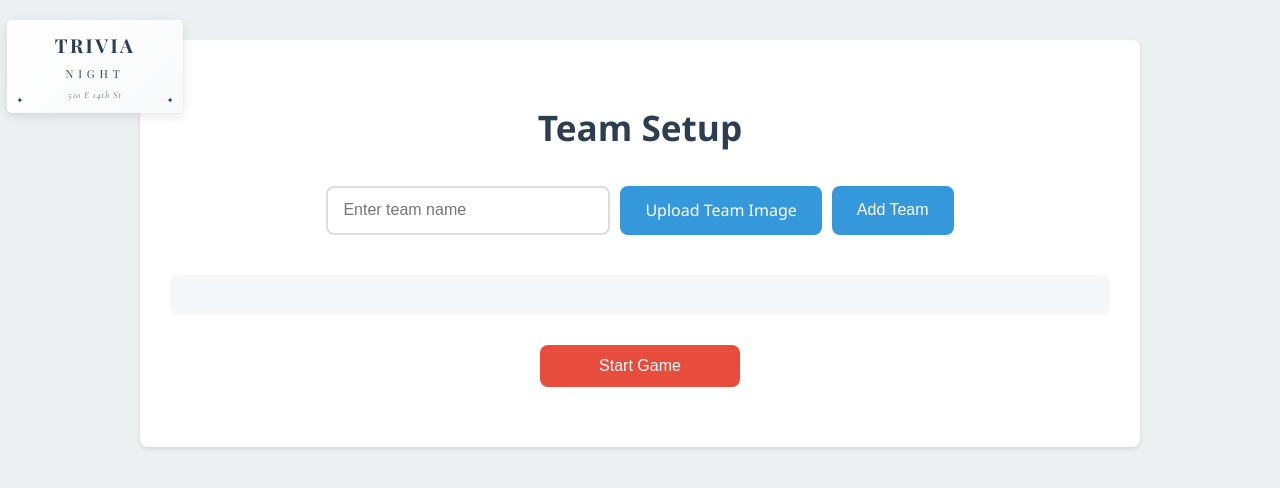
Repository: oscarfco/oscarfco.github.io
Page: projects/trivia_night/index.html
These files come from the project's save history. The page is drawn as it stood at one moment and after the next save; the edit follows.
The browser window is 1280 px wide. The pictures show the whole page.

Above is the page before, as saved 2025-01-26 01:00:43.

### projects/trivia_night/index.html
<!DOCTYPE html>
<html>
<head>
    <title>Scoreboard</title>
    <link href="https://fonts.googleapis.com/css2?family=Playfair+Display:wght@400;700&family=Cormorant+Garamond:ital@0;1&display=swap" rel="stylesheet">
    <style>
        :root {
            --primary-color: #2c3e50;
            --secondary-color: #3498db;
            --accent-color: #e74c3c;
            --background-color: #ecf0f1;
            --text-color: #2c3e50;
            --shadow: 0 2px 4px rgba(0,0,0,0.1);
            --border-radius: 8px;
        }

        body {
            font-family: 'Segoe UI', Tahoma, Geneva, Verdana, sans-serif;
            max-width: 1000px;
            margin: 0 auto;
            padding: 40px 20px;
            background-color: var(--background-color);
            color: var(--text-color);
            line-height: 1.6;
        }

        h2 {
            color: var(--primary-color);
            text-align: center;
            margin-bottom: 30px;
            font-size: 2.2em;
            font-weight: 600;
        }

        .screen {
            display: none;
            background: white;
            padding: 30px;
            border-radius: var(--border-radius);
            box-shadow: var(--shadow);
            animation: fadeIn 0.3s ease-in;
        }

        @keyframes fadeIn {
            from { opacity: 0; transform: translateY(20px); }
            to { opacity: 1; transform: translateY(0); }
        }

        .active {
            display: block;
        }

        .team-list {
            margin: 20px 0;
            padding: 20px;
            background: rgba(236, 240, 241, 0.5);
            border-radius: var(--border-radius);
        }

        .team-list div {
            padding: 10px;
            margin: 5px 0;
            background: white;
            border-radius: var(--border-radius);
            box-shadow: var(--shadow);
        }

        .score-container {
            display: grid;
            grid-template-columns: 2fr 1fr 1fr;
            gap: 20px;
            margin: 20px 0;
            padding: 20px;
            background: rgba(236, 240, 241, 0.5);
            border-radius: var(--border-radius);
        }

        .score-container > div {
            padding: 10px;
            text-align: center;
        }

        input[type="text"], input[type="number"] {
            padding: 12px 15px;
            border: 2px solid #ddd;
            border-radius: var(--border-radius);
            font-size: 16px;
            width: 250px;
            transition: border-color 0.3s ease;
        }

        input[type="text"]:focus, input[type="number"]:focus {
            outline: none;
            border-color: var(--secondary-color);
        }

        button {
            background-color: var(--secondary-color);
            color: white;
            border: none;
            padding: 12px 25px;
            border-radius: var(--border-radius);
            cursor: pointer;
            font-size: 16px;
            font-weight: 500;
            transition: all 0.3s ease;
        }

        button:hover {
            background-color: #2980b9;
            transform: translateY(-2px);
            box-shadow: 0 4px 8px rgba(0,0,0,0.1);
        }

        #startGameBtn, button[onclick="showResults"], button[onclick="nextRound"] {
            background-color: var(--accent-color);
            display: block;
            margin: 30px auto;
            width: 200px;
        }

        #startGameBtn:hover, button[onclick="showResults"]:hover, button[onclick="nextRound"]:hover {
            background-color: #c0392b;
        }

        #rankings {
            padding: 20px;
        }

        #rankings div {
            padding: 15px;
            margin: 10px 0;
            background: white;
            border-radius: var(--border-radius);
            box-shadow: var(--shadow);
            font-size: 18px;
        }
/*
        #rankings div:nth-child(1) {
            background-color: #ffd700;
            color: var(--primary-color);
            font-weight: bold;
        }

        #rankings div:nth-child(2) {
            background-color: #c0c0c0;
            color: var(--primary-color);
        }

        #rankings div:nth-child(3) {
            background-color: #cd7f32;
            color: var(--primary-color);
        } */
        #rankingsList .ranking-item:nth-of-type(1) {
            background-color: #ffd700; /* Gold */
            color: var(--primary-color);
            font-weight: bold;
        }

        #rankingsList .ranking-item:nth-of-type(2) {
            background-color: #c0c0c0; /* Silver */
            color: var(--primary-color);
        }

        #rankingsList .ranking-item:nth-of-type(3) {
            background-color: #cd7f32; /* Bronze */
            color: var(--primary-color);
        }

        .team-input-container {
            display: flex;
            gap: 10px;
            justify-content: center;
            margin-bottom: 20px;
        }

        @media (max-width: 768px) {
            body {
                padding: 20px 10px;
            }

            input[type="text"], input[type="number"] {
                width: 100%;
            }

            .team-input-container {
                flex-direction: column;
            }

            .score-container {
                grid-template-columns: 1fr;
            }
        }

        .end-game-btn {
            background-color: #e67e22;
            margin-top: 20px;
        }

        .end-game-btn:hover {
            background-color: #d35400;
        }

        .restart-btn {
            background-color: #27ae60;
            margin-top: 30px;
        }

        .restart-btn:hover {
            background-color: #219a52;
        }

        #finalScreen {
            position: relative;
            overflow: hidden;
            background: linear-gradient(to bottom, #2c3e50, #3498db);
            color: white;
        }

        #finalScreen h2 {
            color: white;
            text-shadow: 2px 2px 4px rgba(0,0,0,0.3);
        }

        #finalRankings div {
            background: rgba(255, 255, 255, 0.9);
            padding: 20px;
            margin: 15px 0;
            border-radius: var(--border-radius);
            box-shadow: var(--shadow);
            font-size: 20px;
            text-align: center;
            color: var(--primary-color);
            transition: transform 0.3s ease;
        }

        #finalRankings div:hover {
            transform: scale(1.02);
        }

        #finalRankings div:nth-child(1) {
            background: linear-gradient(135deg, #ffd700, #ffc800);
            font-size: 24px;
            font-weight: bold;
        }

        #finalRankings div:nth-child(2) {
            background: linear-gradient(135deg, #c0c0c0, #b0b0b0);
        }

        #finalRankings div:nth-child(3) {
            background: linear-gradient(135deg, #cd7f32, #bd6f22);
        }

        .fireworks {
            position: absolute;
            width: 100%;
            height: 100%;
            animation: fireworks 2s infinite;
            pointer-events: none;
        }

        .fireworks:nth-child(1) { animation-delay: 0s; }
        .fireworks:nth-child(2) { animation-delay: 0.6s; }
        .fireworks:nth-child(3) { animation-delay: 1.2s; }

        @keyframes fireworks {
            0% {
                background-image: radial-gradient(circle, rgba(255,215,0,0) 0%, rgba(255,215,0,0) 100%);
            }
            25% {
                background-image: radial-gradient(circle, rgba(255,215,0,0.8) 0%, rgba(255,215,0,0) 70%);
            }
            100% {
                background-image: radial-gradient(circle, rgba(255,215,0,0) 0%, rgba(255,215,0,0) 100%);
            }
        }

        #rankings .ranking-item {
            position: relative;
            animation: slideIn 0.5s ease forwards;
        }

        @keyframes slideIn {
            from {
                opacity: 0;
                transform: translateX(-20px);
            }
            to {
                opacity: 1;
                transform: translateX(0);
            }
        }

        .score-addition {
            opacity: 0;
            color: #27ae60;
            font-weight: bold;
            margin-left: 10px;
        }

        .score-pop {
            animation: scorePop 0.5s forwards;
        }

        @keyframes scorePop {
            0% {
                opacity: 0;
                transform: scale(0.5);
            }
            70% {
                opacity: 1;
                transform: scale(1.2);
            }
            100% {
                opacity: 1;
                transform: scale(1);
            }
        }

        .ranking-item {
            background: white;
            padding: 15px;
            margin: 10px 0;
            border-radius: var(--border-radius);
            box-shadow: var(--shadow);
        }

        /* .ranking-item:nth-child(1) {
            background-color: #ffd700;
        }

        .ranking-item:nth-child(2) {
            background-color: #c0c0c0;
        }

        .ranking-item:nth-child(3) {
            background-color: #cd7f32;
        } */

        @keyframes highlight {
            0% { transform: scale(1); }
            50% { transform: scale(1.05); }
            100% { transform: scale(1); }
        }

        .rank-change {
            display: inline-block;
            margin-left: 10px;
            font-weight: bold;
            padding: 2px 8px;
            border-radius: 12px;
            font-size: 14px;
            animation: fadeInSlide 0.5s ease forwards;
        }

        .rank-up {
            color: #27ae60;
            background-color: rgba(39, 174, 96, 0.1);
        }

        .rank-down {
            color: #e74c3c;
            background-color: rgba(231, 76, 60, 0.1);
        }

        .rank-same {
            color: #95a5a6;
            background-color: rgba(149, 165, 166, 0.1);
        }

        @keyframes fadeInSlide {
            from {
                opacity: 0;
                transform: translateX(-10px);
            }
            to {
                opacity: 1;
                transform: translateX(0);
            }
        }

        .ranking-item {
            display: flex;
            justify-content: space-between;
            align-items: center;
            background: white;
            padding: 15px 20px;
            margin: 10px 0;
            border-radius: var(--border-radius);
            box-shadow: var(--shadow);
            animation: slideIn 0.5s ease forwards;
        }

        .round-header {
            grid-column: 1 / -1;
            text-align: center;
            font-size: 1.5em;
            font-weight: bold;
            color: var(--primary-color);
            margin-bottom: 20px;
            padding: 10px;
            background: rgba(236, 240, 241, 0.5);
            border-radius: var(--border-radius);
        }

        .ranking-graph {
            margin-top: 30px;
            padding: 20px;
            background: #ffffff;
            border-radius: var(--border-radius);
            box-shadow: var(--shadow);
        }

        .graph-grid {
            display: grid;
            grid-template-columns: 40px 1fr;
            grid-template-rows: 1fr 40px;
            gap: 0;
            height: 400px;
            margin: 20px 0;
            padding: 20px;
            background: #ffffff;
            border-radius: var(--border-radius);
            border: 1px solid #e9ecef;
        }

        .graph-svg {
            width: 100%;
            height: 100%;
            background: #ffffff;
            border-radius: 8px;
            border: 1px solid #e9ecef;
        }

        .team-line {
            fill: none;
            stroke-width: 2;
            animation: drawLine 1s ease forwards;
        }

        @keyframes drawLine {
            from {
                stroke-dasharray: 1000;
                stroke-dashoffset: 1000;
            }
            to {
                stroke-dasharray: 1000;
                stroke-dashoffset: 0;
            }
        }

        .graph-y-axis {
            position: relative;
            background: #ffffff;
        }

        .y-label {
            position: absolute;
            font-size: 12px;
            color: #495057;
            right: 10px;
            transform: translateY(-50%);
        }

        .graph-x-axis {
            grid-column: 2;
            display: flex;
            justify-content: space-between;
            padding: 0 30px;
            align-items: center;
            background: #ffffff;
        }

        .x-label {
            font-size: 12px;
            color: #495057;
        }

        .graph-legend {
            display: flex;
            flex-wrap: wrap;
            gap: 15px;
            margin-top: 20px;
            justify-content: center;
        }

        .legend-item {
            display: flex;
            align-items: center;
            gap: 8px;
            padding: 5px 10px;
            background: #f8f9fa;
            border-radius: 15px;
            border: 1px solid #e9ecef;
        }

        .legend-color {
            display: inline-block;
            width: 30px;
            height: 4px;
            border-radius: 2px;
        }

        .modal-overlay {
            display: none;
            position: fixed;
            top: 0;
            left: 0;
            width: 100%;
            height: 100%;
            background: rgba(0, 0, 0, 0.5);
            z-index: 1000;
            animation: fadeIn 0.3s ease;
        }

        .modal {
            position: fixed;
            top: 50%;
            left: 50%;
            transform: translate(-50%, -50%);
            background: white;
            padding: 30px;
            border-radius: var(--border-radius);
            box-shadow: var(--shadow);
            text-align: center;
            z-index: 1001;
            min-width: 300px;
        }

        .modal h3 {
            margin-top: 0;
            color: var(--primary-color);
        }

        .modal-buttons {
            display: flex;
            justify-content: center;
            gap: 15px;
            margin-top: 20px;
        }

        .modal-buttons button {
            min-width: 100px;
        }

        .cancel-btn {
            background-color: #95a5a6 !important;
        }

        .cancel-btn:hover {
            background-color: #7f8c8d !important;
        }

        .team-image-container {
            width: 30px;
            height: 30px;
            border-radius: 50%;
            overflow: hidden;
            margin-right: 8px;
            display: inline-flex;
            align-items: center;
            justify-content: center;
            background-color: var(--secondary-color);
            flex-shrink: 0;
            padding: 0 !important;
        }

        .team-image {
            width: 100%;
            height: 100%;
            object-fit: cover;
        }

        .team-image-placeholder {
            width: 100%;
            height: 100%;
            display: flex;
            align-items: center;
            justify-content: center;
            background-color: var(--secondary-color);
            color: white;
            font-weight: bold;
            font-size: 14px;
        }

        .team-list-item {
            display: flex;
            align-items: center;
            padding: 10px;
            padding-left: 20px;
            margin: 5px 0;
            background: white;
            border-radius: var(--border-radius);
            box-shadow: var(--shadow);
        }

        .team-row {
            display: flex;
            align-items: center;
            padding-left: 20px;
        }

        .team-list-item span {
            margin-left: 12px;
        }

        .team-input-container {
            display: flex;
            gap: 10px;
            justify-content: center;
            margin-bottom: 20px;
        }

        #teamImageInput {
            display: none;
        }

        .image-upload-label {
            background-color: var(--secondary-color);
            color: white;
            padding: 12px 25px;
            border-radius: var(--border-radius);
            cursor: pointer;
            font-size: 16px;
            font-weight: 500;
            transition: all 0.3s ease;
        }

        .image-upload-label:hover {
            background-color: #2980b9;
            transform: translateY(-2px);
            box-shadow: 0 4px 8px rgba(0,0,0,0.1);
        }

        .image-upload-wrapper {
            position: relative;
            display: inline-flex;
            align-items: center;
        }

        .upload-success {
            display: none;
            align-items: center;
            gap: 4px;
            color: #27ae60;
            font-size: 14px;
            white-space: nowrap;
            animation: fadeIn 0.3s ease;
            padding: 8px 12px;
            background-color: rgba(39, 174, 96, 0.1);
            border-radius: var(--border-radius);
        }

        .upload-success svg {
            fill: currentColor;
        }

        @keyframes fadeIn {
            from { opacity: 0; }
            to { opacity: 1; }
        }

        .team-setup-container {
            display: flex;
            align-items: center;
            justify-content: center;
            gap: 20px;
            margin-bottom: 20px;
        }

        .team-input-container {
            display: flex;
            gap: 10px;
            justify-content: center;
            flex-wrap: wrap;
        }

        .upload-success {
            display: none;
            align-items: center;
            gap: 4px;
            color: #27ae60;
            font-size: 14px;
            white-space: nowrap;
            animation: fadeIn 0.3s ease;
            padding: 8px 12px;
            background-color: rgba(39, 174, 96, 0.1);
            border-radius: var(--border-radius);
            transform: translateY(-9px); /* Add transform property to allow manual Y position adjustment */
        }

        /* Add styles for the confirmation dialog */
        .confirm-dialog {
            position: fixed;
            top: 50%;
            left: 50%;
            transform: translate(-50%, -50%);
            background: white;
            padding: 20px;
            border-radius: var(--border-radius);
            box-shadow: var(--shadow);
            z-index: 1000;
        }

        .confirm-dialog-buttons {
            display: flex;
            justify-content: center;
            gap: 10px;
            margin-top: 15px;
        }

        @keyframes fadeIn {
            from { opacity: 0; }
            to { opacity: 1; }
        }

        .logo {
            position: fixed;
            top: 20px;
            left: 7px;
            font-family: 'Playfair Display', serif;
            background: linear-gradient(135deg, #ffffff 0%, #f8f9fa 100%);
            padding: 12px 20px;
            border-radius: 6px;
            box-shadow:
                0 4px 15px rgba(0,0,0,0.1),
                0 1px 3px rgba(0,0,0,0.05);
            text-align: center;
            z-index: 2;
            transform: scale(0.8);
            transform-origin: top left;
            width: 180px;
        }

        .logo-main {
            font-size: 24px;
            font-weight: 700;
            letter-spacing: 3px;
            color: #2c3e50;
            margin-bottom: 3px;
            text-transform: uppercase;
            border-bottom: 2px solid #gold;
            padding-bottom: 3px;
        }

        .logo-night {
            font-size: 14px;
            letter-spacing: 6px;
            color: #34495e;
            margin: 3px 0;
        }

        .logo-address {
            font-size: 12px;
            font-family: 'Cormorant Garamond', serif;
            color: #666;
            margin-top: 6px;
            letter-spacing: 1px;
            font-style: italic;
        }

        .logo::before,
        .logo::after {
            content: '✦';
            color: #gold;
            font-size: 10px;
            position: absolute;
            bottom: 8px;
        }

        .logo::before {
            left: 12px;
        }

        .logo::after {
            right: 12px;
        }

        .stopwatch-container {
            position: fixed;
            bottom: 40px;
            left: 50%;
            transform: translateX(-50%);
            z-index: 9999;
        }

        .stopwatch {
            background: #E6F3FF;
            border-radius: 12px 12px 0 0;
            width: 360px;
            height: 110px;
            padding: 12px 20px;
            box-shadow:
                0 -5px 15px rgba(0,0,0,0.1),
                inset 0 2px 5px rgba(255,255,255,0.5);
            display: flex;
            flex-direction: row;
            align-items: center;
            justify-content: space-between;
            position: relative;
            border: 3px solid #B8DCFF;
            border-bottom: 8px solid #B8DCFF;
            transform: scale(0.8);
            transform-origin: bottom center;
        }

        .stopwatch-display {
            background: #1a1a1a;
            padding: 8px 20px;
            border-radius: 8px;
            color: #4FB6FF;
            font-family: 'Digital-7', monospace;
            font-size: 42px;
            box-shadow:
                0 0 10px rgba(0,0,0,0.2),
                inset 0 0 5px rgba(79,182,255,0.2);
            text-shadow: 0 0 10px rgba(79,182,255,0.5);
            min-width: 160px;
            text-align: center;
            border: 2px solid #B8DCFF;
            margin-right: 15px;
        }

        .controls-wrapper {
            display: flex;
            flex-direction: column;
            gap: 8px;
        }

        .stopwatch-controls {
            display: grid;
            grid-template-columns: repeat(4, 1fr);
            gap: 6px;
            width: 140px;
        }

        .control-btn {
            background: #B8DCFF;
            border: none;
            color: #4A4A4A;
            padding: 6px;
            border-radius: 4px;
            cursor: pointer;
            font-size: 12px;
            font-weight: bold;
            transition: all 0.2s ease;
            box-shadow:
                0 2px 4px rgba(0,0,0,0.1),
                inset 0 1px rgba(255,255,255,0.5);
        }

        .control-btn:hover {
            background: #A3D1FF;
            transform: translateY(-1px);
        }

        .start-btn {
            background: #4FB6FF;
            border: none;
            color: white;
            padding: 6px 15px;
            border-radius: 15px;
            cursor: pointer;
            font-size: 14px;
            font-weight: bold;
            transition: all 0.3s ease;
            box-shadow:
                0 3px 6px rgba(0,0,0,0.1),
                inset 0 1px rgba(255,255,255,0.2);
            width: 140px;
        }

        .start-btn:hover {
            background: #3AA5FF;
            transform: translateY(-1px);
        }

        .start-btn.active {
            background: #FF4081;
        }

        .start-btn:disabled {
            background: #CCE4FF;
            cursor: not-allowed;
        }

        #minutes, #seconds {
            display: inline-block;
            min-width: 50px;
            text-align: center;
        }

        .stopwatch::before {
            content: '';
            position: absolute;
            top: -6px;
            left: 50%;
            transform: translateX(-50%);
            width: 60%;
            height: 6px;
            background: #B8DCFF;
            border-radius: 3px 3px 0 0;
        }

        .stopwatch::after {
            content: '';
            position: absolute;
            top: -3px;
            left: -3px;
            right: -3px;
            height: 3px;
            background: linear-gradient(90deg,
                transparent 0%,
                #B8DCFF 20%,
                #B8DCFF 80%,
                transparent 100%
            );
            border-radius: 3px;
        }
    </style>
</head>
<body>
    <div class="logo">
        <div class="logo-main">Trivia</div>
        <div class="logo-night">NIGHT</div>
        <div class="logo-address">510 E 14th St</div>
    </div>
    <!-- Initial Screen -->
    <div id="initialScreen" class="screen active">
        <h2>Team Setup</h2>
        <div class="team-setup-container">
            <div class="team-input-container">
                <input type="text" id="teamNameInput" placeholder="Enter team name">
                <div class="image-upload-wrapper">
                    <label for="teamImageInput" class="image-upload-label">
                        Upload Team Image
                    </label>
                    <input type="file" id="teamImageInput" accept="image/*" onchange="handleImageUpload()">
                </div>
                <button onclick="addTeam()">Add Team</button>
            </div>
            <span id="imageUploadSuccess" class="upload-success">
                <svg viewBox="0 0 24 24" width="16" height="16">
                    <path fill="currentColor" d="M9 16.17L4.83 12l-1.42 1.41L9 19 21 7l-1.41-1.41L9 16.17z"/>
                </svg>
                Image uploaded
            </span>
        </div>
        <div id="teamList" class="team-list"></div>
        <button onclick="startGame()" id="startGameBtn">Start Game</button>
    </div>

    <!-- Game Screen -->
    <div id="gameScreen" class="screen">
        <h2>Game</h2>
        <div id="scoreBoard" class="score-container"></div>
        <button onclick="showResults()">End Round</button>
        <button onclick="confirmEndGame()" class="end-game-btn">End Game</button>
    </div>

    <!-- Results Screen -->
    <div id="resultsScreen" class="screen">
        <h2>Rankings</h2>
        <div id="rankings"></div>
        <button onclick="nextRound()">Next Round</button>
    </div>

    <!-- Final Results Screen -->
    <div id="finalScreen" class="screen">
        <div class="fireworks"></div>
        <div class="fireworks"></div>
        <div class="fireworks"></div>
        <h2>🏆 Final Rankings 🏆</h2>
        <div id="finalRankings"></div>
        <button onclick="restartGame()" class="restart-btn">New Game</button>
    </div>

    <div id="confirmEndGameModal" class="modal-overlay">
        <div class="modal">
            <h3>End Game</h3>
            <p>Are you sure you want to end the game? This action cannot be undone.</p>
            <div class="modal-buttons">
                <button onclick="cancelEndGame()" class="cancel-btn">Don't End!</button>
                <button onclick="endGame()">End Game</button>
            </div>
        </div>
    </div>

    <script src="scoreboard.js"></script>
</body>
</html>

Loaded but not shown: projects/trivia_night/scoreboard.js (541 lines, source omitted)

After the next save:
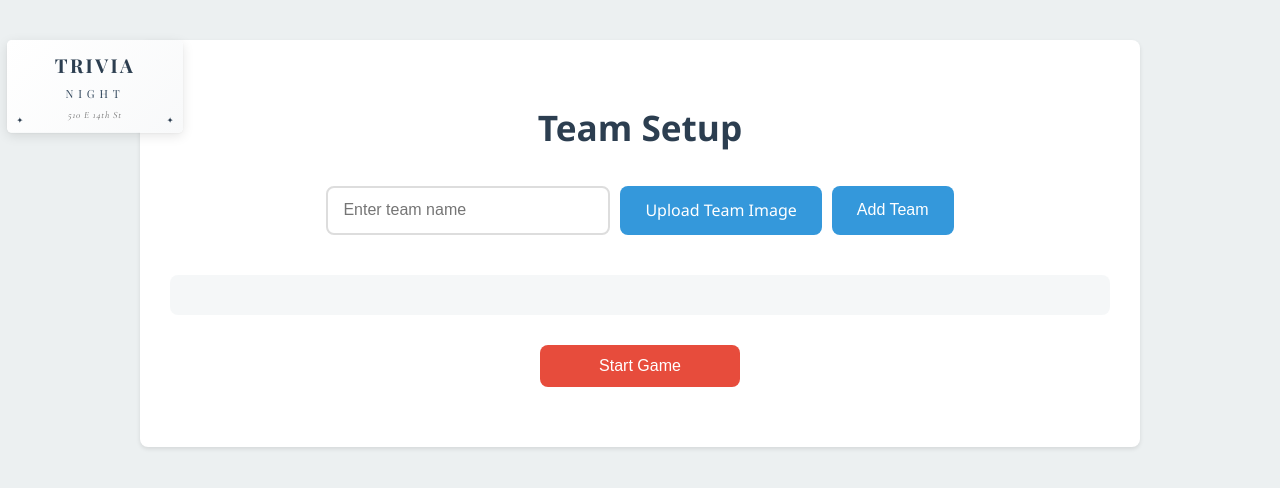
Saved 8 s later.
--- a/projects/trivia_night/index.html
+++ b/projects/trivia_night/index.html
@@ -717,7 +717,7 @@
 
         .logo {
             position: fixed;
-            top: 20px;
+            top: 40px;
             left: 7px;
             font-family: 'Playfair Display', serif;
             background: linear-gradient(135deg, #ffffff 0%, #f8f9fa 100%);
